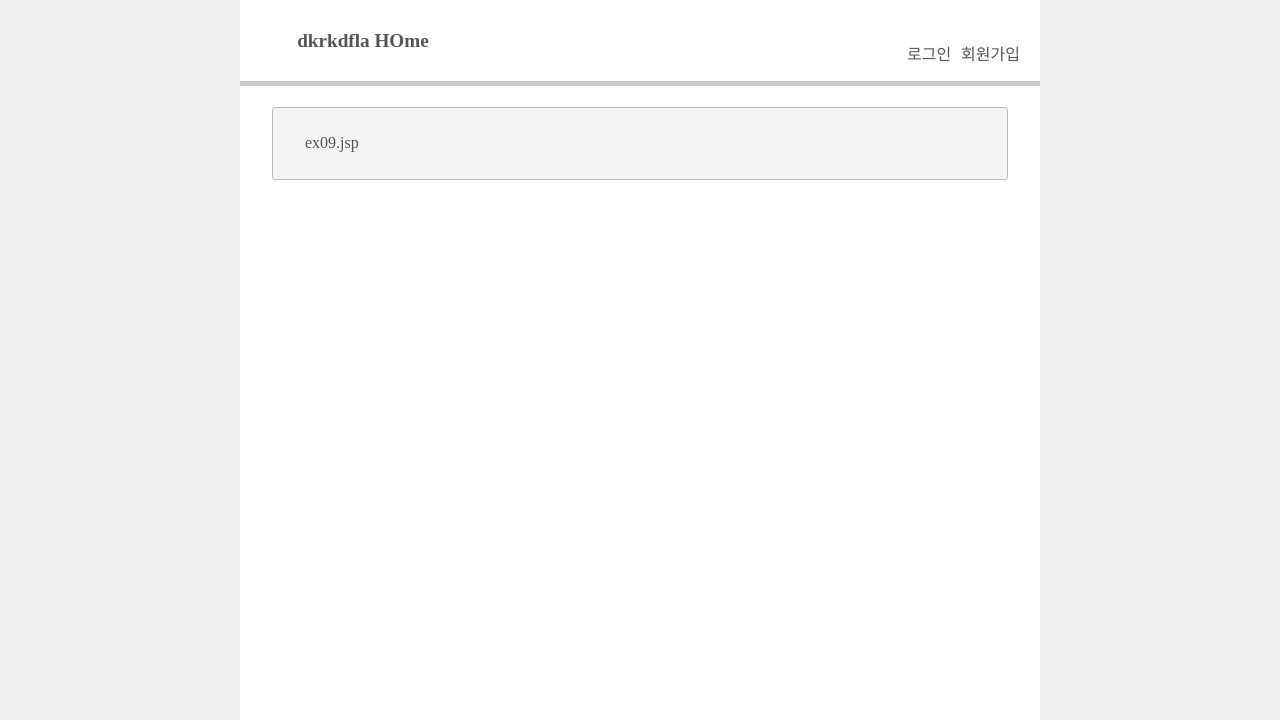
Repository: Dusajang/JSPClass
Page: http://localhost/jspPro/days09/ex09.jsp
The author's editor kept a copy of each file at every save. The page is drawn from the files as they stood at one save, then again after the next save.
The browser window is 1280 px wide. The pictures show the whole page.
Some web fonts or font styles are not loaded; a fallback is used. The page is served by Tomcat 9.

Above is the page before, as saved 2024-10-25 06:26:29.

After the next save:
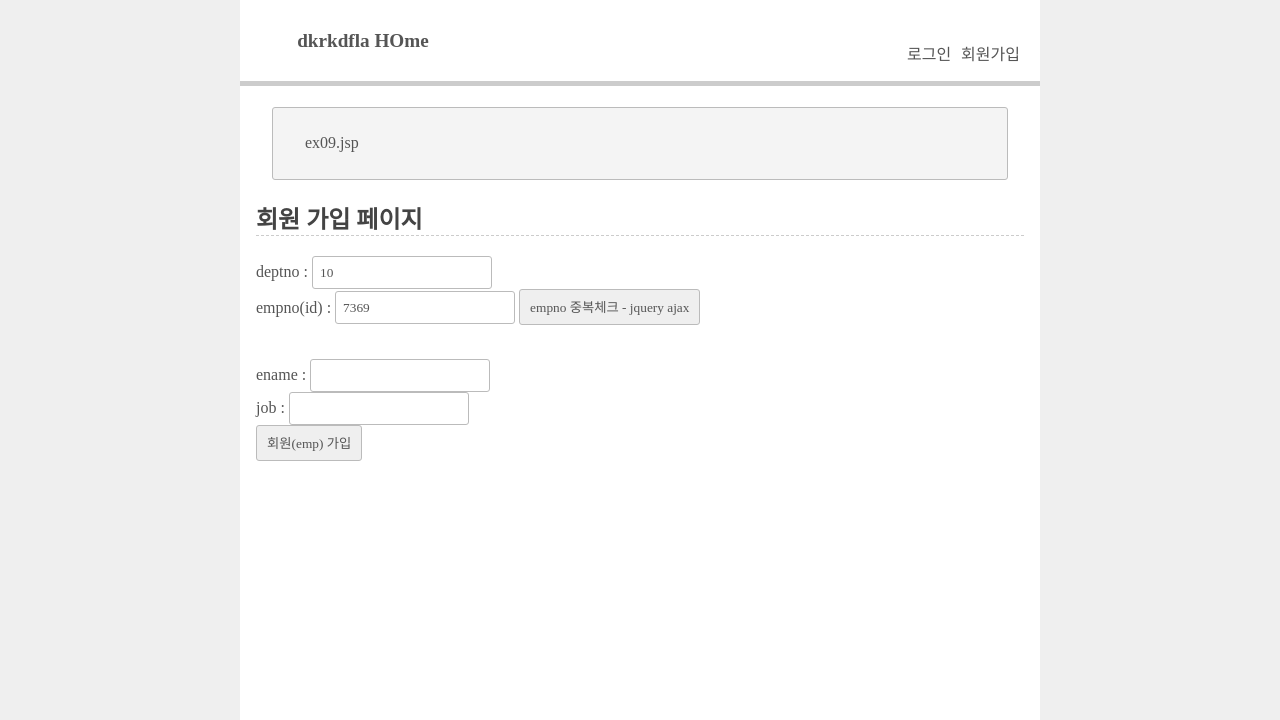
Saved 26 s later.
--- a/jspPro/src/main/webapp/days09/ex09.jsp
+++ b/jspPro/src/main/webapp/days09/ex09.jsp
@@ -30,6 +30,21 @@
   <xmp class="code">
     ex09.jsp
   </xmp>
+
+  <h2>회원 가입 페이지</h2>
+  <form action="" method="get">
+    deptno : <input type="text" name="deptno" value="10" /><br>
+    empno(id) : <input type="text" name="empno" value="7369" />
+    <input type="button" id="btnEmpnoCheck"
+           value="empno 중복체크 - jquery ajax" />
+   <p id="notice"></p>
+   <br>
+   ename : <input type="text" name="ename" value="" /><br>
+   job : <input type="text" name="job" value="" /><br>
+   <input type="submit" value="회원(emp) 가입" />
+  </form>
+
+
 </div>
 </body>
 </html>
